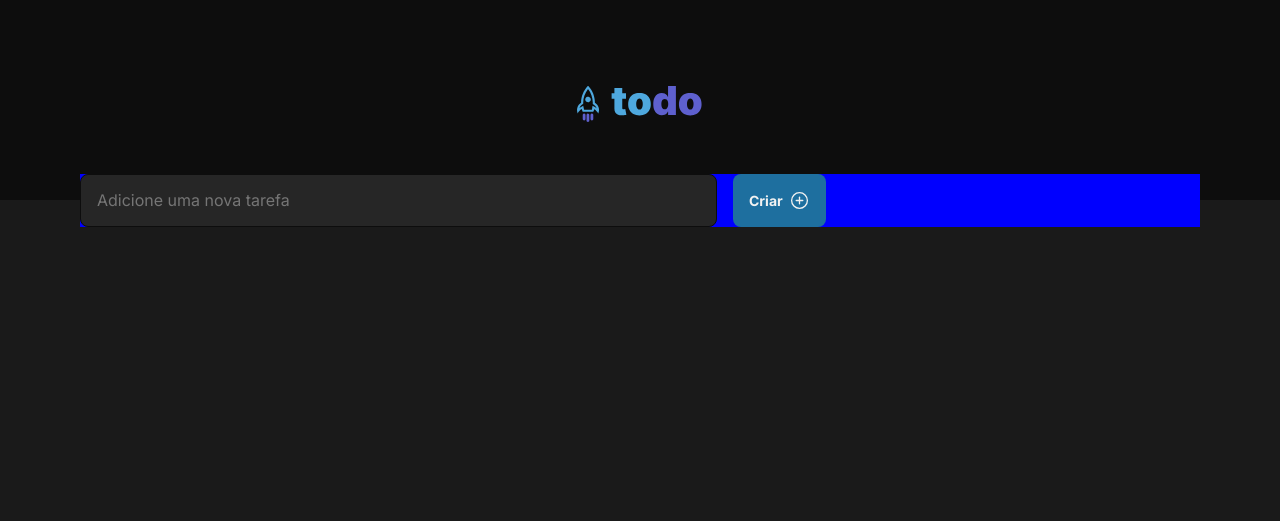
Repository: viniimartins/ToDoListROCKETSEAT
Page: /
An editor plug-in stored every save of this project. The page is shown before and after the next save, followed by the edit.
The browser window is 1280 px wide. The pictures show the whole page.
The project was rebuilt for these pictures with package versions that can differ from the ones it lists, and the page was loaded fresh each time. Also part of the build but not shown: vite.config.ts.

Above is the page before, as saved 2023-05-05 15:19:33.

After the next save:
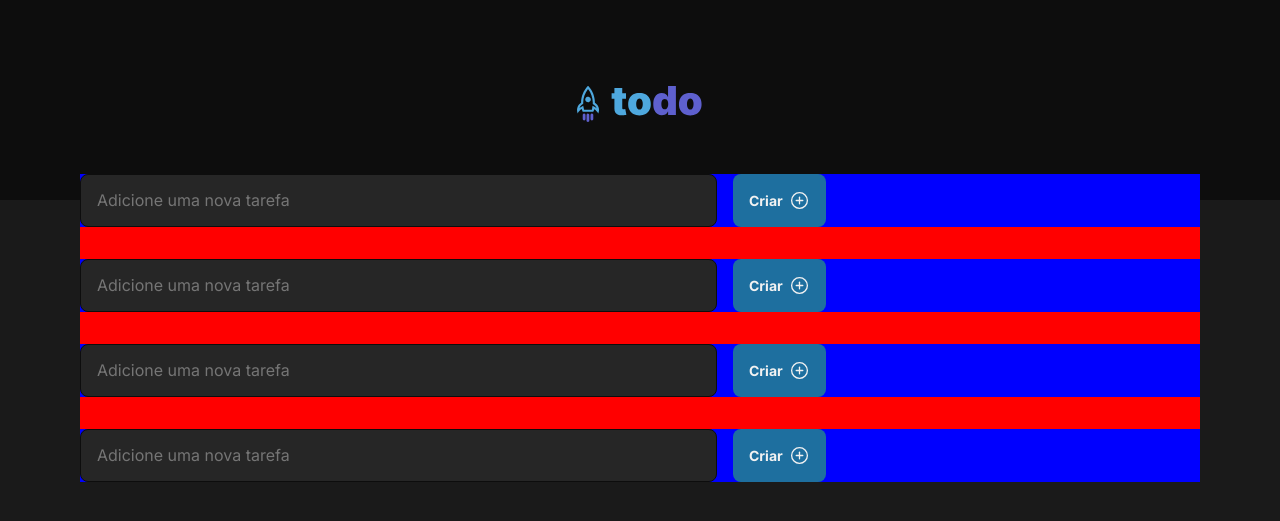
Saved 18 s later.
--- a/src/App.tsx
+++ b/src/App.tsx
@@ -12,6 +12,10 @@ export function App() {
 
         <main className={styles.wrapper}>
           <AddTask />
+          <AddTask />
+          <AddTask />
+          <AddTask />
+
         </main>
       </div>
     </>
